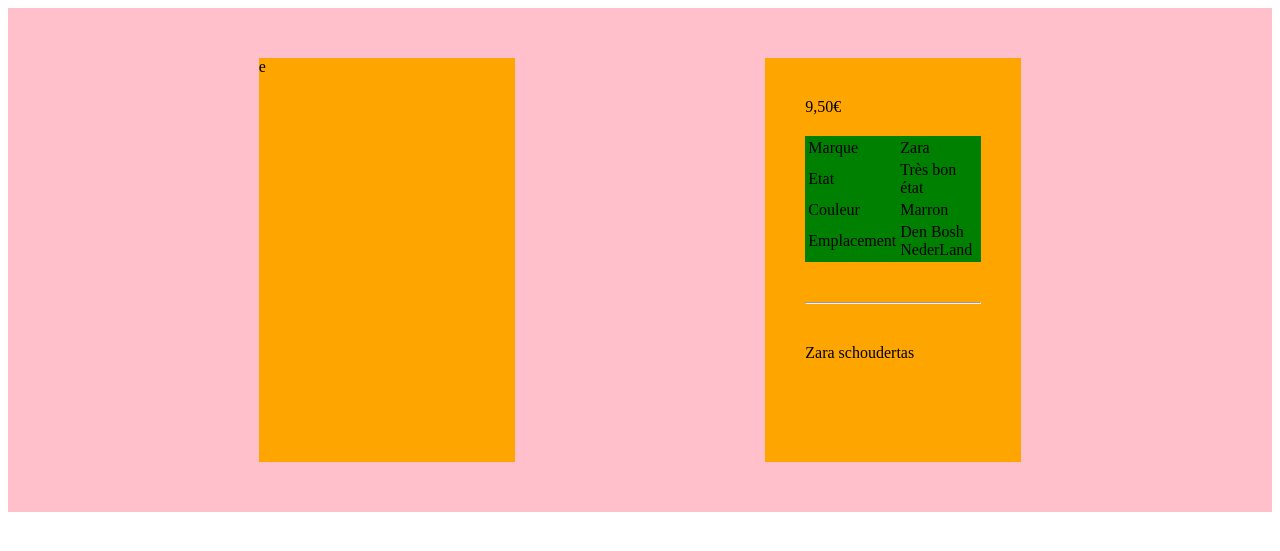
Repository: mel-in-a/vinted-front-clone
Page: html/offer.html
These files come from the project's save history. The page is drawn as it stood at one moment and after a run of saves; the edit follows.
The browser window is 1280 px wide. The pictures show the whole page.

Above is the page before, as saved 2021-07-29 16:34:39.

After the next 3 saves:
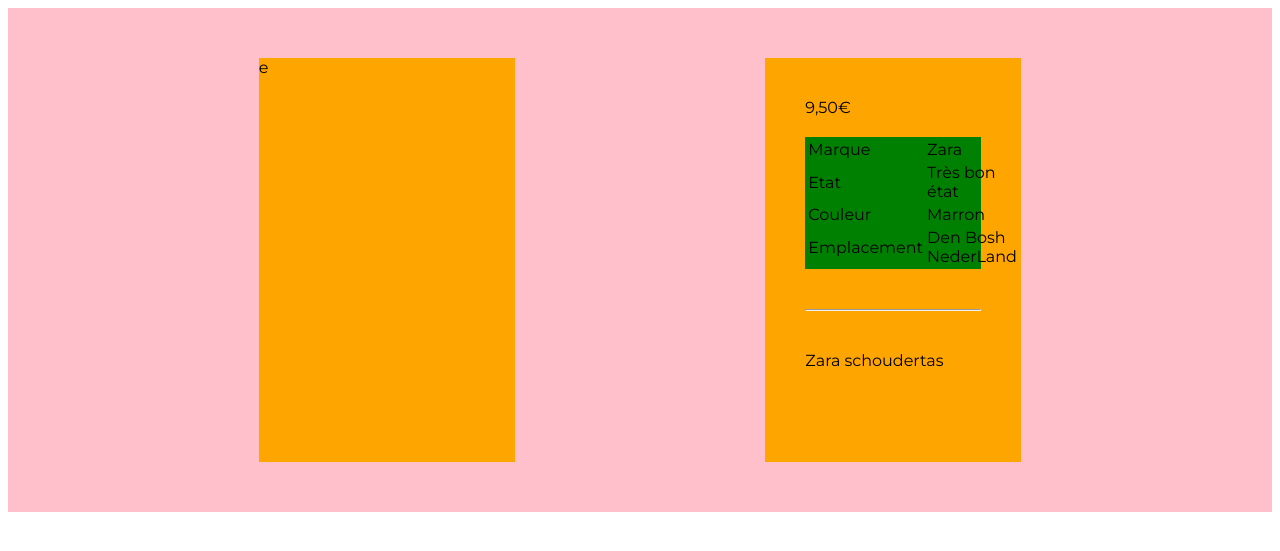
The 3 saves are shown as one change because they came seconds apart.
The last was saved 13 s later.
--- a/html/offer.css
+++ b/html/offer.css
@@ -1,3 +1,6 @@
+* {
+    font-family: 'Montserrat', sans-serif;
+}
 .offer {
     width: 100%;
     display: flex;
